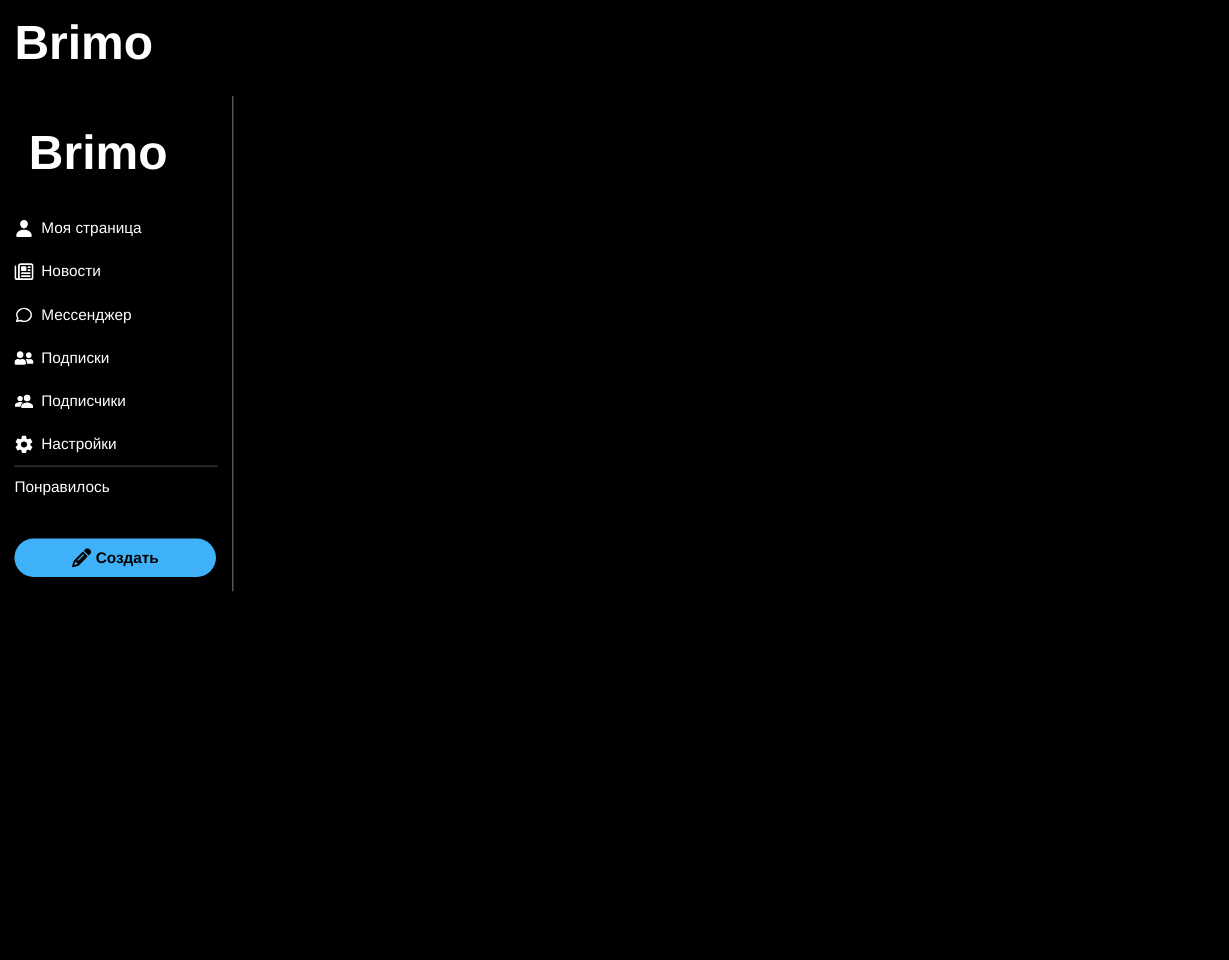
Repository: MaksimKrupkin/socialNetwork
Page: / (app in frontend/socialNetworkFrontend/)
The author's editor kept a copy of each file at every save. The page is drawn from the files as they stood at one save, then again after the next save.
The browser window is 1280 px wide. The pictures show the whole page, at 96% of full size.
The project was rebuilt for these pictures with package versions that can differ from the ones it lists, and the page was loaded fresh each time. Also part of the build but not shown: frontend/socialNetworkFrontend/vite.config.js, frontend/socialNetworkFrontend/src/index.css.

Above is the page before, as saved 2024-11-27 20:24:31.

### frontend/socialNetworkFrontend/index.html
<!DOCTYPE html>
<html lang="en">
  <head>
    <meta charset="UTF-8" />
    <link rel="icon" type="image/svg+xml" href="/vite.svg" />
    <meta name="viewport" content="width=device-width, initial-scale=1.0" />
    <title>Brimo</title>
  </head>
  <body>
    <div id="root"></div>
    <script type="module" src="/src/main.jsx"></script>
  </body>
</html>

### frontend/socialNetworkFrontend/src/App.jsx
import './App.css';
import { Routes, Route } from 'react-router-dom';
import MainPage from './Pages/MainPage/MainPage';

function App() {
  return (
    <div>
      <Routes>
        <Route path="/" element={<MainPage />} />
      </Routes>
    </div>
  );
}

export default App;

### frontend/socialNetworkFrontend/src/Pages/MainPage/MainPage.jsx
import React from 'react';
import styles from './MainPage.module.scss';
import Navigation from '../../Components/Navigation/Navigation';

function MainPage() {
  return (
    <div className={styles.wrapper}>
      <header className={styles.header}>
        <div className={styles.logo}>Brimo</div>
      </header>
      <Navigation />
    </div>
  );
}
export default MainPage;

### frontend/socialNetworkFrontend/src/Pages/MainPage/MainPage.module.scss
.wrapper {
  margin: 0 auto;
  background-color: black;
  width: 100%;
  height: 1000px;
  color: white;
  font-weight: 700;
  font-family: 'Favorit Modern', 'Helvetica Neue', 'HelveticaNeue', Arial, Helvetica, sans-serif;
  .header {
    height: 100px;
    padding: 15px;
    .logo {
      font-size: 50px;
    }
  }
}

### frontend/socialNetworkFrontend/src/Components/Navigation/Navigation.jsx
import React from 'react';
import styles from './Navigation.module.scss';
import { FaRegNewspaper } from 'react-icons/fa6';
import { TbMessageCircle } from 'react-icons/tb';
import { IoPerson } from 'react-icons/io5';
import { FaUserFriends } from 'react-icons/fa';
import { IoPeopleSharp } from 'react-icons/io5';
import { IoSettingsSharp } from 'react-icons/io5';
import { FaPencil } from 'react-icons/fa6';

const Navigation = () => {
  return (
    <div className={styles.wrapper}>
      <header className={styles.header}>
        <div className={styles.logo}>Brimo</div>
      </header>
      <div className={styles.item}>
        <IoPerson fontSize={20} />
        <span className={styles.text}>Моя страница</span>
      </div>
      <div className={styles.item}>
        <FaRegNewspaper fontSize={20} />
        <span className={styles.text}>Новости</span>
      </div>
      <div className={styles.item}>
        <TbMessageCircle fontSize={20} />
        <span className={styles.text}>Мессенджер</span>
      </div>
      <div className={styles.item}>
        <FaUserFriends fontSize={20} />
        <span className={styles.text}>Подписки</span>
      </div>
      <div className={styles.item}>
        <IoPeopleSharp fontSize={20} />
        <span className={styles.text}>Подписчики</span>
      </div>
      <div className={styles.item}>
        <IoSettingsSharp fontSize={20} />
        <span className={styles.text}>Настройки</span>
      </div>
      <hr className={styles.line} />
      <div className={styles.item}>
        <span className={styles.text}>Понравилось</span>
      </div>
      <div className={styles.create_new}>
        <FaPencil style={{ color: 'black', fontSize: '20px' }} />
        <span className={styles.button_text}>Создать</span>
      </div>
    </div>
  );
};

export default Navigation;

### frontend/socialNetworkFrontend/src/Components/Navigation/Navigation.module.scss
.wrapper {
  width: 19%;
  margin-top: 0px;
  padding: 15px;
  overflow-y: hidden;
  border-right: 1px solid gray;
}
.header {
  height: 100px;
  padding: 15px;
  .logo {
    font-size: 50px;
  }
}
.item {
  height: 45px;
  display: flex;
  align-items: center;
  justify-content: flex-start;
  gap: 8px;
}
.text {
  font-size: 16px;
  font-weight: 300;
}
.line {
  width: 100%;
  height: 0.5px;
  background-color: rgb(83, 83, 90);
  border: none;
}

.create_new {
  margin-top: 30px;
  width: 99%;
  height: 40px;
  background-color: rgb(63, 177, 248);
  border-radius: 25px;
  display: flex;
  justify-content: center;
  align-items: center;
  gap: 5px;
  .button_text {
    color: black;
  }
}

Loaded but not shown: frontend/socialNetworkFrontend/src/main.jsx (common file); frontend/socialNetworkFrontend/src/App.css (common file)

After the next save:
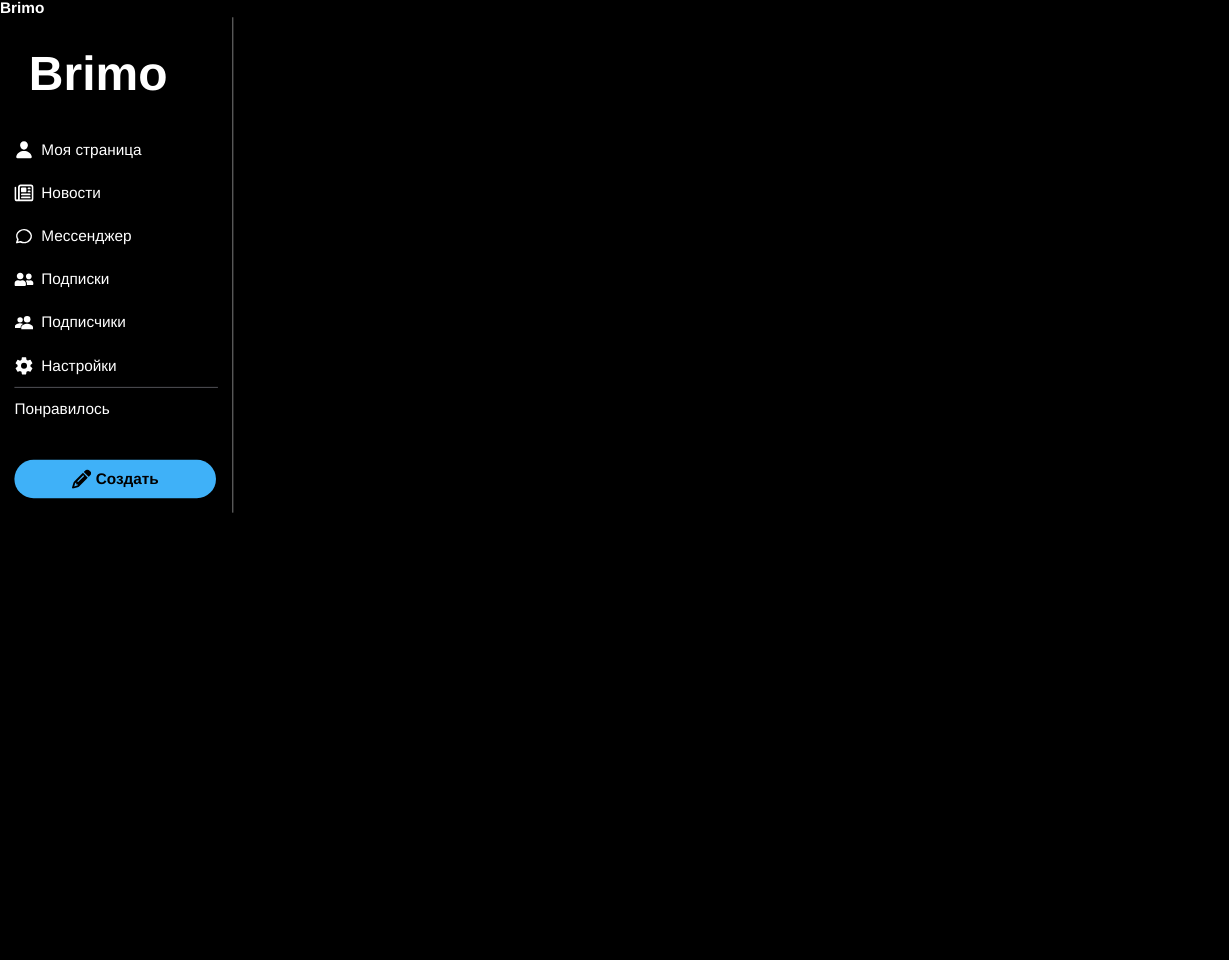
Saved 5 s later.
--- a/frontend/socialNetworkFrontend/src/Pages/MainPage/MainPage.module.scss
+++ b/frontend/socialNetworkFrontend/src/Pages/MainPage/MainPage.module.scss
@@ -6,11 +6,4 @@
   color: white;
   font-weight: 700;
   font-family: 'Favorit Modern', 'Helvetica Neue', 'HelveticaNeue', Arial, Helvetica, sans-serif;
-  .header {
-    height: 100px;
-    padding: 15px;
-    .logo {
-      font-size: 50px;
-    }
-  }
 }
